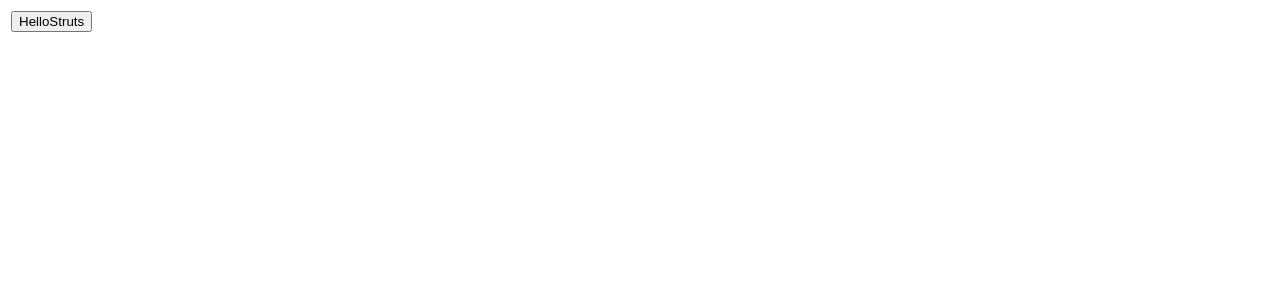
Repository: fujimon-san1996/test
Page: http://localhost/WebProj4/
An editor plug-in stored every save of this project. The page is shown before and after the next save, followed by the edit.
The browser window is 1280 px wide. The pictures show the whole page.
The page is served by Tomcat 9. Other server files are loaded and not shown.

Above is the page before, as saved 2019-03-15 11:34:31.

### WebProj4/WebContent/index.jsp
<%@ page language="java" contentType="text/html; charset=UTF-8"
    pageEncoding="UTF-8"%>
<%@ taglib prefix="s" uri="/struts-tags" %>
<!DOCTYPE html PUBLIC "-//W3C//DTD HTML 4.01 Transitional//EN" "http://www.w3.org/TR/html4/loose.dtd">
<html>
<head>
<meta http-equiv="Content-Type" content="text/html; charset=UTF-8">
<title>INDEX</title>
</head>
<body>
	<s:form action="HelloStrutsAction">
		<s:submit value="HelloStruts"/>
	</s:form>

</body>
</html>

After the next save:
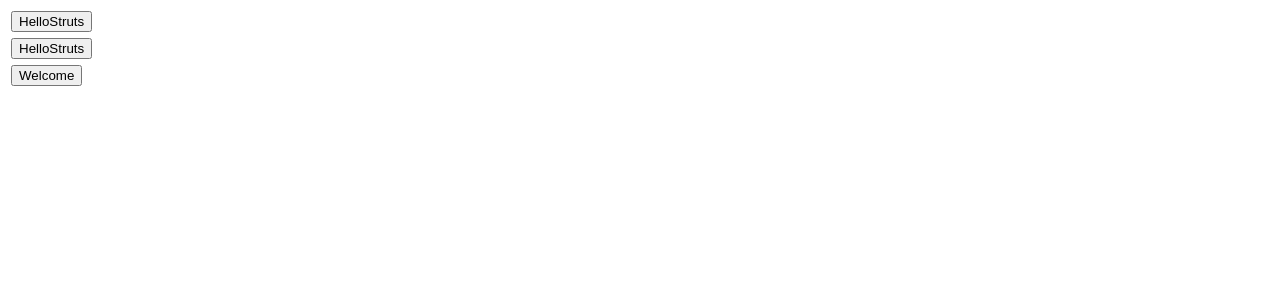
Saved 2 min 23 s later.
--- a/WebProj4/WebContent/index.jsp
+++ b/WebProj4/WebContent/index.jsp
@@ -12,5 +12,13 @@
 		<s:submit value="HelloStruts"/>
 	</s:form>
 
+	<s:form action="HelloStrutsAction">
+		<s:submit value="HelloStruts"/>
+	</s:form>
+
+	<s:form action="WelcomeAction">
+		<s:submit value="Welcome"/>
+	</s:form>
+
 </body>
 </html>
